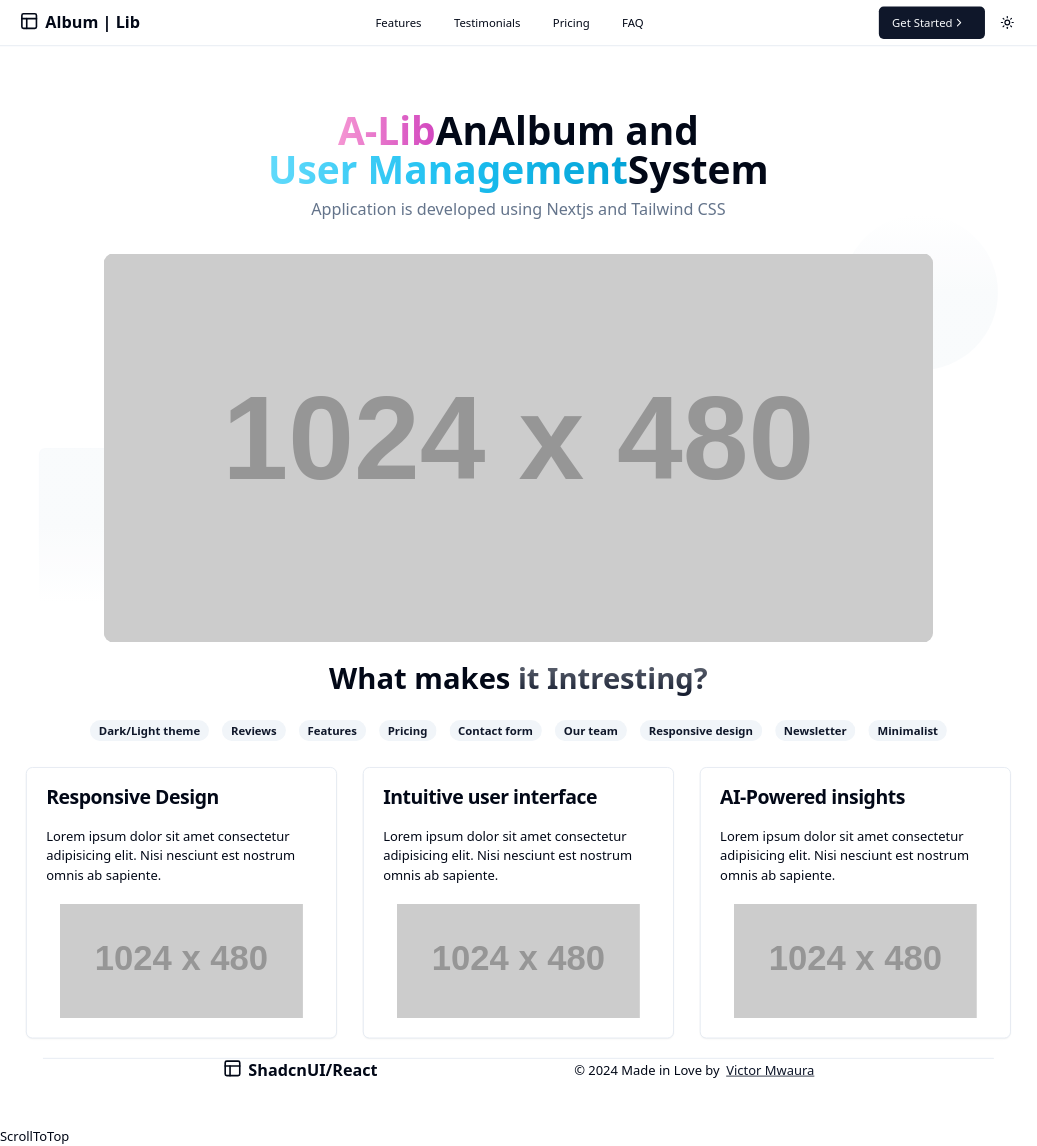
Repository: DevLaukey/savannah-informatics-test
Page: /
The author's editor kept a copy of each file at every save. The page is drawn from the files as they stood at one save, then again after the next save.
The browser window is 1280 px wide. The pictures show the whole page, at 81% of full size.
The project was rebuilt for these pictures with package versions that can differ from the ones it lists, and the page was loaded fresh each time. The framework's server and built-in components were replaced by stand-ins that run in the browser. Also part of the build but not shown: next.config.mjs.

Above is the page before, as saved 2024-06-04 22:34:49.

### app/layout.jsx
import "./globals.css";
import { Inter as FontSans } from "next/font/google";

import { cn } from "@/lib/utils";
import { ThemeProvider } from "@/lib/theme-provider";

const fontSans = FontSans({
  subsets: ["latin"],
  variable: "--font-sans",
});

export default function RootLayout({ children }) {
  return (
    <html lang="en" suppressHydrationWarning>
      <head />
      <body
        className={cn(
          "min-h-screen bg-background font-sans antialiased",
          fontSans.variable
        )}
      >
        <ThemeProvider
          attribute="class"
          defaultTheme="system"
          enableSystem
          disableTransitionOnChange
        >
          {children}
        </ThemeProvider>
      </body>
    </html>
  );
}

### app/page.jsx
import Footer from "@/components/Footer";
import About from "@/components/landing-page/About";
import Hero from "@/components/landing-page/Hero";
import Navbar from "@/components/Navbar";
import ScrollToTop from "@/components/ScrollToTop";


// this is the landing page
export default function Home() {
  return (
    <>
      <Navbar />
      <Hero />
      <About />
      <Footer />
      <ScrollToTop />
    </>
  );
}

### components/Footer.jsx
import { LogoIcon } from "./Icons";

export const Footer = () => {
  return (
    <footer id="footer">
      <hr className="w-11/12 mx-auto" />

      <section className="container flex pb-14 text-center items-center justify-evenly">
        <div className="col-span-full xl:col-span-2">
          <a
            rel="noreferrer noopener"
            href="/"
            className="font-bold text-xl flex"
          >
            <LogoIcon />
            ShadcnUI/React
          </a>
        </div>
        <h3>
          &copy; {new Date().getFullYear()} Made in Love by
          <a
            rel="noreferrer noopener"
            target="_blank"
            href="https://github.com/DevLaukey"
            className="text-primary ml-2 underline transition-all border-primary hover:border-b-2"
          >
            Victor Mwaura
          </a>
        </h3>
      </section>
    </footer>
  );
};

export default Footer;

### components/landing-page/About.jsx
import { Badge } from "@/components/ui/badge";
import {
  Card,
  CardContent,
  CardFooter,
  CardHeader,
  CardTitle,
} from "@/components/ui/card";

const features = [
  {
    title: "Responsive Design",
    description:
      "Lorem ipsum dolor sit amet consectetur adipisicing elit. Nisi nesciunt est nostrum omnis ab sapiente.",
    image: "https://placehold.co/1024x480",
  },
  {
    title: "Intuitive user interface",
    description:
      "Lorem ipsum dolor sit amet consectetur adipisicing elit. Nisi nesciunt est nostrum omnis ab sapiente.",
    image: "https://placehold.co/1024x480",
  },
  {
    title: "AI-Powered insights",
    description:
      "Lorem ipsum dolor sit amet consectetur adipisicing elit. Nisi nesciunt est nostrum omnis ab sapiente.",
    image: "https://placehold.co/1024x480",
  },
];

const featureList = [
  "Dark/Light theme",
  "Reviews",
  "Features",
  "Pricing",
  "Contact form",
  "Our team",
  "Responsive design",
  "Newsletter",
  "Minimalist",
];

export const About = () => {
  return (
    <section id="features" className="container py-4 sm:py-6 space-y-8">
      <h2 className="text-3xl lg:text-4xl font-bold md:text-center">

        What makes {""}
        <span className="bg-gradient-to-b from-primary/60 to-primary text-transparent bg-clip-text">
          it Intresting?
        </span>
      </h2>

      <div className="flex flex-wrap md:justify-center gap-4">
        {featureList.map((feature) => (
          <div key={feature}>
            <Badge variant="secondary" className="text-sm">
              {feature}
            </Badge>
          </div>
        ))}
      </div>

      <div className="grid md:grid-cols-2 lg:grid-cols-3 gap-8">
        {features.map(({ title, description, image }) => (
          <Card key={title}>
            <CardHeader>
              <CardTitle>{title}</CardTitle>
            </CardHeader>

            <CardContent>{description}</CardContent>

            <CardFooter>
              <img
                src={image}
                alt="About feature"
                className="w-[200px] lg:w-[300px] mx-auto"
              />
            </CardFooter>
          </Card>
        ))}
      </div>
    </section>
  );
};

export default About;

### components/landing-page/Hero.jsx
const Hero = () => {
  return (
    <>
      {/* Hero */}
      <div className="relative overflow-hidden pt-14 lg:pt-20">
        <div className="container">
          <div className="max-w-2xl text-center mx-auto">
            <main className="text-3xl md:text-5xl font-bold">
              <h1 className="inline-block">
                <span className="inline bg-gradient-to-r from-[#F596D3] to-[#D247BF] text-transparent bg-clip-text">
                  A-Lib
                </span>
                An
              </h1>
              Album and
              <h2 className="inline-block">
                <span className="inline bg-gradient-to-r from-[#61DAFB] via-[#1fc0f1] to-[#03a3d7] text-transparent bg-clip-text">
                  User Management
                </span>
                System
              </h2>
            </main>

            <p className="mt-3 text-xl text-muted-foreground">
              Application is developed using Nextjs and Tailwind CSS
            </p>
          </div>
          <div className="mt-10 relative max-w-5xl mx-auto">
            <img
              src="https://placehold.co/1024x480"
              className="rounded-xl"
              alt="Image Description"
            />
            <div className="absolute bottom-12 -start-20 -z-[1] w-48 h-48 bg-gradient-to-b from-primary-foreground via-primary-foreground to-background p-px rounded-lg">
              <div className="w-48 h-48 rounded-lg bg-background/10" />
            </div>
            <div className="absolute -top-12 -end-20 -z-[1] w-48 h-48 bg-gradient-to-t from-primary-foreground via-primary-foreground to-background p-px rounded-full">
              <div className="w-48 h-48 rounded-full bg-background/10" />
            </div>
          </div>
        </div>
      </div>
      {/* End Hero */}
    </>
  );
};

export default Hero;

### components/Navbar.jsx
"use client";
import React, { useState } from "react";
import {
  NavigationMenu,
  NavigationMenuItem,
  NavigationMenuList,
} from "@/components/ui/navigation-menu";
import {
  Sheet,
  SheetContent,
  SheetHeader,
  SheetTitle,
  SheetTrigger,
} from "@/components/ui/sheet";
import { Button, buttonVariants } from "./ui/button";
import { ChevronRight, Menu } from "lucide-react";
import ModeToggle from "./mode-toggle";
import { LogoIcon } from "./Icons";

const routeList = [
  {
    href: "#features",
    label: "Features",
  },
  {
    href: "#testimonials",
    label: "Testimonials",
  },
  {
    href: "#pricing",
    label: "Pricing",
  },
  {
    href: "#faq",
    label: "FAQ",
  },
];

const Navbar = () => {
  const [isOpen, setIsOpen] = useState(false);
  return (
    <header className="sticky border-b-[1px] top-0 z-40 w-full bg-white dark:border-b-slate-700 dark:bg-background">
      <NavigationMenu className="mx-auto">
        <NavigationMenuList className="container h-14 px-4 w-screen flex justify-between">
          <NavigationMenuItem className="font-bold flex">
            <a
              rel="noreferrer noopener"
              href="/"
              className="ml-2 font-bold text-xl flex"
            >
              <LogoIcon />
              Album | Lib
            </a>
          </NavigationMenuItem>

          {/* mobile */}
          <span className="flex md:hidden">
            <ModeToggle />

            <Sheet open={isOpen} onOpenChange={setIsOpen}>
              <SheetTrigger className="px-2">
                <Menu
                  className="flex md:hidden h-5 w-5"
                  onClick={() => setIsOpen(true)}
                >
                  <span className="sr-only">Menu Icon</span>
                </Menu>
              </SheetTrigger>

              <SheetContent side={"left"}>
                <SheetHeader>
                  <SheetTitle className="font-bold text-xl">
                    Shadcn/React
                  </SheetTitle>
                </SheetHeader>
                <nav className="flex flex-col justify-center items-center gap-2 mt-4">
                  {routeList.map(({ href, label }) => (
                    <a
                      rel="noreferrer noopener"
                      key={label}
                      href={href}
                      onClick={() => setIsOpen(false)}
                      className={buttonVariants({ variant: "ghost" })}
                    >
                      {label}
                    </a>
                  ))}
                  <Button>
                    Get Started
                    <ChevronRight className="mr-2 h-4 w-4" />
                  </Button>
                </nav>
              </SheetContent>
            </Sheet>
          </span>

          {/* desktop */}
          <nav className="hidden md:flex gap-2">
            {routeList.map((route, i) => (
              <a
                rel="noreferrer noopener"
                href={route.href}
                key={i}
                className={`text-[17px] ${buttonVariants({
                  variant: "ghost",
                })}`}
              >
                {route.label}
              </a>
            ))}
          </nav>

          <div className="hidden md:flex gap-2">
            <Button>
              Get Started
              <ChevronRight className="mr-2 h-4 w-4" />
            </Button>
            <ModeToggle />
          </div>
        </NavigationMenuList>
      </NavigationMenu>
    </header>
  );
};
export default Navbar;

### components/ScrollToTop.jsx
import React from 'react'

function ScrollToTop() {
  return (
    <div>ScrollToTop</div>
  )
}

export default ScrollToTop

### components/Icons.jsx
export const LogoIcon = () => {
  return (
    <svg
      xmlns="http://www.w3.org/2000/svg"
      viewBox="0 0 24 24"
      fill="none"
      stroke="currentColor"
      strokeWidth="2"
      strokeLinecap="round"
      strokeLinejoin="round"
      className="lucide lucide-panels-top-left mr-2 w-6 h-6"
    >
      <rect width="18" height="18" x="3" y="3" rx="2" />
      <path d="M3 9h18" />
      <path d="M9 21V9" />
    </svg>
  );
};

### components/ui/badge.jsx
import * as React from "react"
import { cva } from "class-variance-authority";

import { cn } from "@/lib/utils"

const badgeVariants = cva(
  "inline-flex items-center rounded-full border px-2.5 py-0.5 text-xs font-semibold transition-colors focus:outline-none focus:ring-2 focus:ring-ring focus:ring-offset-2",
  {
    variants: {
      variant: {
        default:
          "border-transparent bg-primary text-primary-foreground hover:bg-primary/80",
        secondary:
          "border-transparent bg-secondary text-secondary-foreground hover:bg-secondary/80",
        destructive:
          "border-transparent bg-destructive text-destructive-foreground hover:bg-destructive/80",
        outline: "text-foreground",
      },
    },
    defaultVariants: {
      variant: "default",
    },
  }
)

function Badge({
  className,
  variant,
  ...props
}) {
  return (<div className={cn(badgeVariants({ variant }), className)} {...props} />);
}

export { Badge, badgeVariants }

### components/ui/card.jsx
import * as React from "react"

import { cn } from "@/lib/utils"

const Card = React.forwardRef(({ className, ...props }, ref) => (
  <div
    ref={ref}
    className={cn("rounded-lg border bg-card text-card-foreground shadow-sm", className)}
    {...props} />
))
Card.displayName = "Card"

const CardHeader = React.forwardRef(({ className, ...props }, ref) => (
  <div
    ref={ref}
    className={cn("flex flex-col space-y-1.5 p-6", className)}
    {...props} />
))
CardHeader.displayName = "CardHeader"

const CardTitle = React.forwardRef(({ className, ...props }, ref) => (
  <h3
    ref={ref}
    className={cn("text-2xl font-semibold leading-none tracking-tight", className)}
    {...props} />
))
CardTitle.displayName = "CardTitle"

const CardDescription = React.forwardRef(({ className, ...props }, ref) => (
  <p
    ref={ref}
    className={cn("text-sm text-muted-foreground", className)}
    {...props} />
))
CardDescription.displayName = "CardDescription"

const CardContent = React.forwardRef(({ className, ...props }, ref) => (
  <div ref={ref} className={cn("p-6 pt-0", className)} {...props} />
))
CardContent.displayName = "CardContent"

const CardFooter = React.forwardRef(({ className, ...props }, ref) => (
  <div
    ref={ref}
    className={cn("flex items-center p-6 pt-0", className)}
    {...props} />
))
CardFooter.displayName = "CardFooter"

export { Card, CardHeader, CardFooter, CardTitle, CardDescription, CardContent }

### components/ui/sheet.jsx
"use client";
import * as React from "react"
import * as SheetPrimitive from "@radix-ui/react-dialog"
import { cva } from "class-variance-authority";
import { X } from "lucide-react"

import { cn } from "@/lib/utils"

const Sheet = SheetPrimitive.Root

const SheetTrigger = SheetPrimitive.Trigger

const SheetClose = SheetPrimitive.Close

const SheetPortal = SheetPrimitive.Portal

const SheetOverlay = React.forwardRef(({ className, ...props }, ref) => (
  <SheetPrimitive.Overlay
    className={cn(
      "fixed inset-0 z-50 bg-black/80  data-[state=open]:animate-in data-[state=closed]:animate-out data-[state=closed]:fade-out-0 data-[state=open]:fade-in-0",
      className
    )}
    {...props}
    ref={ref} />
))
SheetOverlay.displayName = SheetPrimitive.Overlay.displayName

const sheetVariants = cva(
  "fixed z-50 gap-4 bg-background p-6 shadow-lg transition ease-in-out data-[state=open]:animate-in data-[state=closed]:animate-out data-[state=closed]:duration-300 data-[state=open]:duration-500",
  {
    variants: {
      side: {
        top: "inset-x-0 top-0 border-b data-[state=closed]:slide-out-to-top data-[state=open]:slide-in-from-top",
        bottom:
          "inset-x-0 bottom-0 border-t data-[state=closed]:slide-out-to-bottom data-[state=open]:slide-in-from-bottom",
        left: "inset-y-0 left-0 h-full w-3/4 border-r data-[state=closed]:slide-out-to-left data-[state=open]:slide-in-from-left sm:max-w-sm",
        right:
          "inset-y-0 right-0 h-full w-3/4  border-l data-[state=closed]:slide-out-to-right data-[state=open]:slide-in-from-right sm:max-w-sm",
      },
    },
    defaultVariants: {
      side: "right",
    },
  }
)

const SheetContent = React.forwardRef(({ side = "right", className, children, ...props }, ref) => (
  <SheetPortal>
    <SheetOverlay />
    <SheetPrimitive.Content ref={ref} className={cn(sheetVariants({ side }), className)} {...props}>
      {children}
      <SheetPrimitive.Close
        className="absolute right-4 top-4 rounded-sm opacity-70 ring-offset-background transition-opacity hover:opacity-100 focus:outline-none focus:ring-2 focus:ring-ring focus:ring-offset-2 disabled:pointer-events-none data-[state=open]:bg-secondary">
        <X className="h-4 w-4" />
        <span className="sr-only">Close</span>
      </SheetPrimitive.Close>
    </SheetPrimitive.Content>
  </SheetPortal>
))
SheetContent.displayName = SheetPrimitive.Content.displayName

const SheetHeader = ({
  className,
  ...props
}) => (
  <div
    className={cn("flex flex-col space-y-2 text-center sm:text-left", className)}
    {...props} />
)
SheetHeader.displayName = "SheetHeader"

const SheetFooter = ({
  className,
  ...props
}) => (
  <div
    className={cn("flex flex-col-reverse sm:flex-row sm:justify-end sm:space-x-2", className)}
    {...props} />
)
SheetFooter.displayName = "SheetFooter"

const SheetTitle = React.forwardRef(({ className, ...props }, ref) => (
  <SheetPrimitive.Title
    ref={ref}
    className={cn("text-lg font-semibold text-foreground", className)}
    {...props} />
))
SheetTitle.displayName = SheetPrimitive.Title.displayName

const SheetDescription = React.forwardRef(({ className, ...props }, ref) => (
  <SheetPrimitive.Description
    ref={ref}
    className={cn("text-sm text-muted-foreground", className)}
    {...props} />
))
SheetDescription.displayName = SheetPrimitive.Description.displayName

export {
  Sheet,
  SheetPortal,
  SheetOverlay,
  SheetTrigger,
  SheetClose,
  SheetContent,
  SheetHeader,
  SheetFooter,
  SheetTitle,
  SheetDescription,
}

### components/ui/button.jsx
import * as React from "react"
import { Slot } from "@radix-ui/react-slot"
import { cva } from "class-variance-authority";

import { cn } from "@/lib/utils"

const buttonVariants = cva(
  "inline-flex items-center justify-center whitespace-nowrap rounded-md text-sm font-medium ring-offset-background transition-colors focus-visible:outline-none focus-visible:ring-2 focus-visible:ring-ring focus-visible:ring-offset-2 disabled:pointer-events-none disabled:opacity-50",
  {
    variants: {
      variant: {
        default: "bg-primary text-primary-foreground hover:bg-primary/90",
        destructive:
          "bg-destructive text-destructive-foreground hover:bg-destructive/90",
        outline:
          "border border-input bg-background hover:bg-accent hover:text-accent-foreground",
        secondary:
          "bg-secondary text-secondary-foreground hover:bg-secondary/80",
        ghost: "hover:bg-accent hover:text-accent-foreground",
        link: "text-primary underline-offset-4 hover:underline",
      },
      size: {
        default: "h-10 px-4 py-2",
        sm: "h-9 rounded-md px-3",
        lg: "h-11 rounded-md px-8",
        icon: "h-10 w-10",
      },
    },
    defaultVariants: {
      variant: "default",
      size: "default",
    },
  }
)

const Button = React.forwardRef(({ className, variant, size, asChild = false, ...props }, ref) => {
  const Comp = asChild ? Slot : "button"
  return (
    (<Comp
      className={cn(buttonVariants({ variant, size, className }))}
      ref={ref}
      {...props} />)
  );
})
Button.displayName = "Button"

export { Button, buttonVariants }

### components/mode-toggle.jsx
import React from "react";
import { Button } from "@/components/ui/button";
import {
  DropdownMenu,
  DropdownMenuContent,
  DropdownMenuItem,
  DropdownMenuTrigger,
} from "@/components/ui/dropdown-menu";
import { useTheme } from "@/lib/theme-provider";
import { Moon, Sun } from "lucide-react";

export default function ModeToggle() {
  const { setTheme } = useTheme();

  return (
    <DropdownMenu>
      <DropdownMenuTrigger asChild>
        <Button variant="ghost" size="icon" className="ghost">
          <Sun className="h-[1.1rem] w-[1.2rem] rotate-0 scale-100 transition-all dark:-rotate-90 dark:scale-0" />
          <Moon className="absolute h-[1.1rem] w-[1.2rem] rotate-90 scale-0 transition-all dark:rotate-0 dark:scale-100" />
          <span className="sr-only">Toggle theme</span>
        </Button>
      </DropdownMenuTrigger>
      <DropdownMenuContent align="end">
        <DropdownMenuItem onClick={() => setTheme("light")}>
          Light
        </DropdownMenuItem>
        <DropdownMenuItem onClick={() => setTheme("dark")}>
          Dark
        </DropdownMenuItem>
        <DropdownMenuItem onClick={() => setTheme("system")}>
          System
        </DropdownMenuItem>
      </DropdownMenuContent>
    </DropdownMenu>
  );
}

Loaded but not shown: app/globals.css (common file); lib/utils.js (common file); tailwind.config.js (82 lines, source omitted); lib/theme-provider.js (60 lines, source omitted); components/ui/dropdown-menu.jsx (157 lines, source omitted); components/ui/navigation-menu.jsx (104 lines, source omitted)

After the next save:
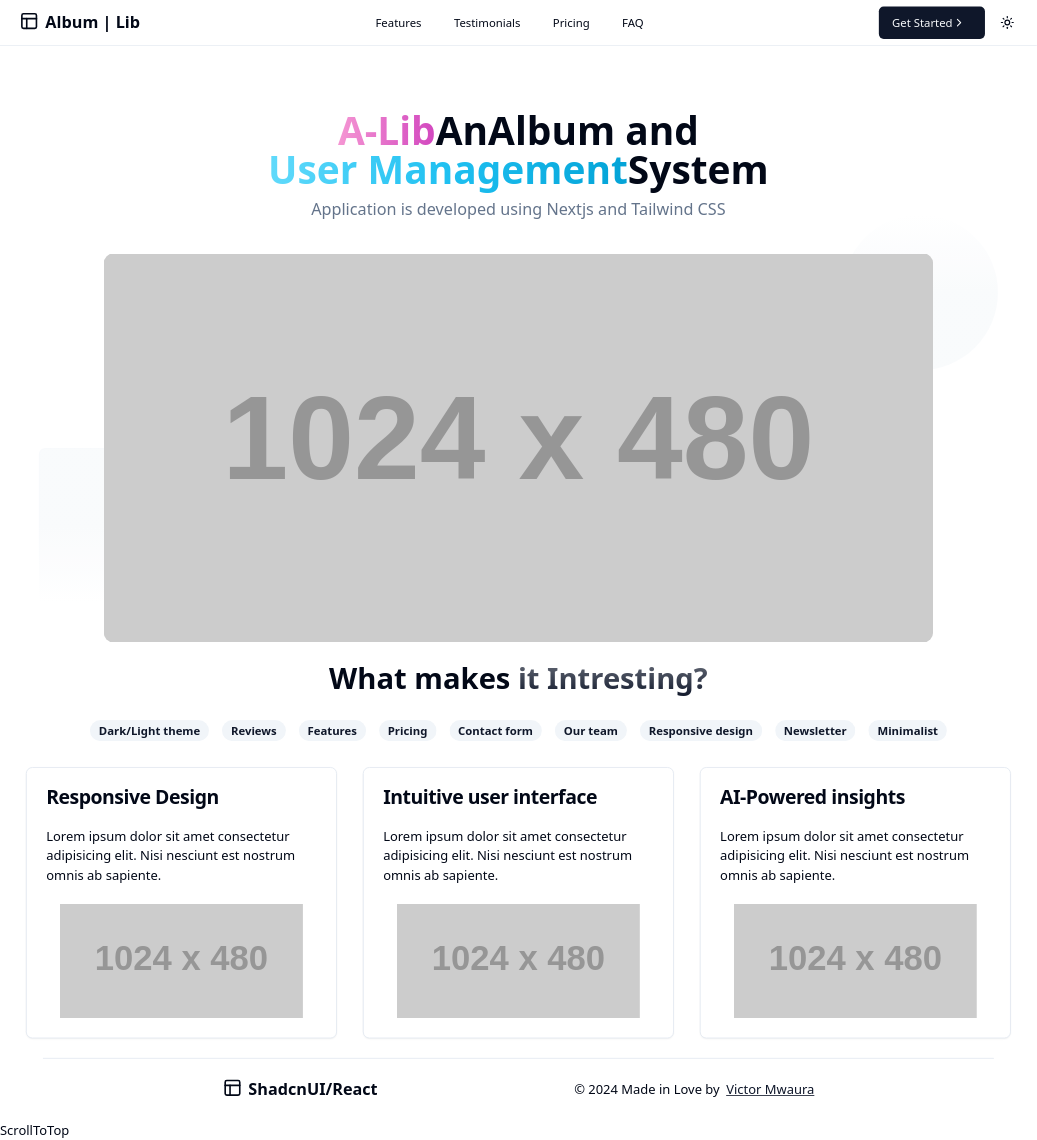
Saved 17 s later.
--- a/components/Footer.jsx
+++ b/components/Footer.jsx
@@ -5,7 +5,7 @@ export const Footer = () => {
     <footer id="footer">
       <hr className="w-11/12 mx-auto" />
 
-      <section className="container flex pb-14 text-center items-center justify-evenly">
+      <section className="container flex py-6 text-center items-center justify-evenly">
         <div className="col-span-full xl:col-span-2">
           <a
             rel="noreferrer noopener"
